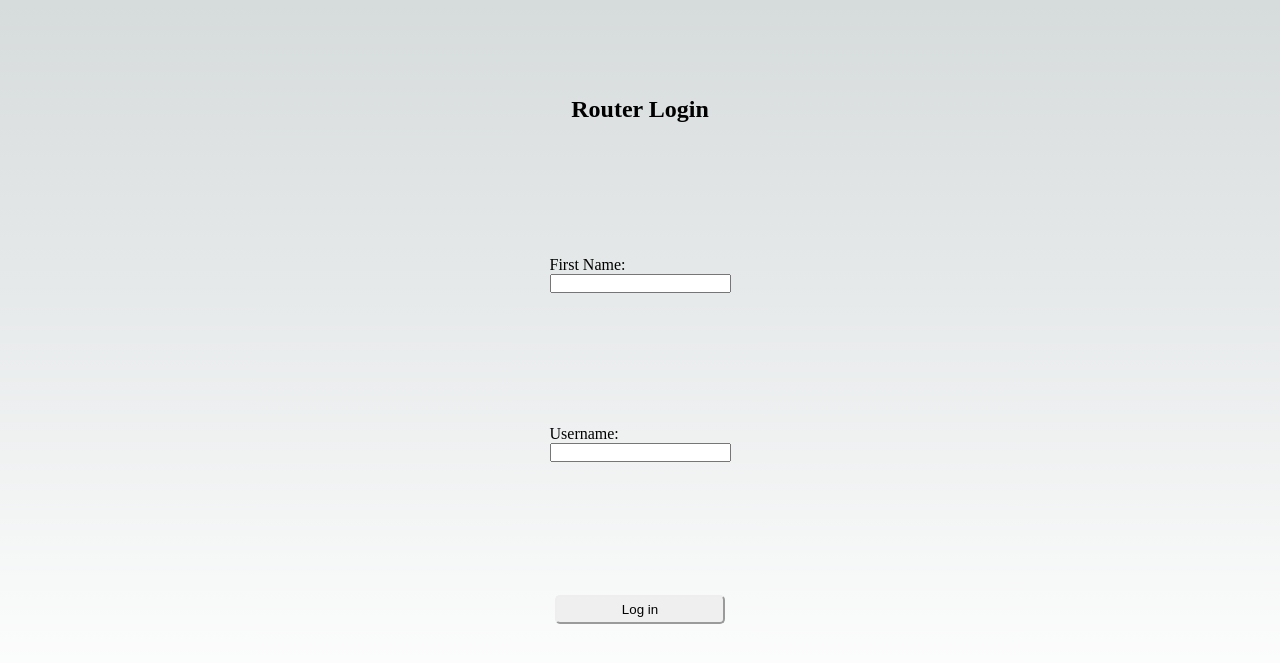
Repository: Mariessa-Pinto/week2-next.js-next-router-login
Page: /
The author's editor kept a copy of each file at every save. The page is drawn from the files as they stood at one save, then again after the next save.
The browser window is 1280 px wide. The pictures show the whole page.
The project was rebuilt for these pictures with package versions that can differ from the ones it lists, and the page was loaded fresh each time. The framework's server and built-in components were replaced by stand-ins that run in the browser. Also part of the build but not shown: next.config.js.

Above is the page before, as saved 2023-01-11 07:43:01.

### pages/index.js
import Head from 'next/head'
import Image from 'next/image'
import { Inter } from '@next/font/google'
import styles from '../styles/Home.module.css'
import { useState } from 'react'
import { useRouter } from 'next/router'

const inter = Inter({ subsets: ['latin'] })

export default function Home() {

  const router = useRouter()

  const [formData, setFormData] = useState({
    firstName: '',
    username: ''
  })

  const CheckLogin = () => {
    console.log(formData.firstName)
    console.log(formData)

    if(formData.username !== null) {
      router.push( {
        pathname: './counter',
        query: {
          username: formData.username
        }
      })
    }
  }

  return (
    <>
      <Head>
        <title>Create Next App</title>
        <meta name="description" content="Generated by create next app" />
        <meta name="viewport" content="width=device-width, initial-scale=1" />
        <link rel="icon" href="/favicon.ico" />
      </Head>
      <main className={styles.main}>

       <h2>Router Login</h2>
       <div className={styles.inputField}>
        <label>First Name:</label>
        <input
          type = "text"
          id = "first"
          name = "first"
          required
          pattern ="[A-Z]{1}[a-z]{2,10}"
          title="The first letter should be capitalized"
          onChange={(e => setFormData({...formData, firstName: e.target.value}))}
        />
       </div>

      <div className={styles.inputField}>
        <label>Username:</label>
        <input
          type = "text"
          id = "username"
          name = "username"
          required
          title="Type your username"
          minLength="5"
          maxLength="10"
          onChange={(e => setFormData({...formData, username: e.target.value}))}
        />
       </div>
       <button className={styles.button} type="submit" onClick={() => CheckLogin()}>Log in</button>
      </main>
    </>
  )
}

### styles/globals.css
:root {
  --max-width: 1100px;
  --border-radius: 12px;
  --font-mono: ui-monospace, Menlo, Monaco, 'Cascadia Mono', 'Segoe UI Mono',
    'Roboto Mono', 'Oxygen Mono', 'Ubuntu Monospace', 'Source Code Pro',
    'Fira Mono', 'Droid Sans Mono', 'Courier New', monospace;

  --foreground-rgb: 0, 0, 0;
  --background-start-rgb: 214, 219, 220;
  --background-end-rgb: 255, 255, 255;

  --primary-glow: conic-gradient(
    from 180deg at 50% 50%,
    #16abff33 0deg,
    #0885ff33 55deg,
    #54d6ff33 120deg,
    #0071ff33 160deg,
    transparent 360deg
  );
  --secondary-glow: radial-gradient(
    rgba(255, 255, 255, 1),
    rgba(255, 255, 255, 0)
  );

  --tile-start-rgb: 239, 245, 249;
  --tile-end-rgb: 228, 232, 233;
  --tile-border: conic-gradient(
    #00000080,
    #00000040,
    #00000030,
    #00000020,
    #00000010,
    #00000010,
    #00000080
  );

  --callout-rgb: 238, 240, 241;
  --callout-border-rgb: 172, 175, 176;
  --card-rgb: 180, 185, 188;
  --card-border-rgb: 131, 134, 135;
}

@media (prefers-color-scheme: dark) {
  :root {
    --foreground-rgb: 255, 255, 255;
    --background-start-rgb: 0, 0, 0;
    --background-end-rgb: 0, 0, 0;

    --primary-glow: radial-gradient(rgba(1, 65, 255, 0.4), rgba(1, 65, 255, 0));
    --secondary-glow: linear-gradient(
      to bottom right,
      rgba(1, 65, 255, 0),
      rgba(1, 65, 255, 0),
      rgba(1, 65, 255, 0.3)
    );

    --tile-start-rgb: 2, 13, 46;
    --tile-end-rgb: 2, 5, 19;
    --tile-border: conic-gradient(
      #ffffff80,
      #ffffff40,
      #ffffff30,
      #ffffff20,
      #ffffff10,
      #ffffff10,
      #ffffff80
    );

    --callout-rgb: 20, 20, 20;
    --callout-border-rgb: 108, 108, 108;
    --card-rgb: 100, 100, 100;
    --card-border-rgb: 200, 200, 200;

    --dark-red: darkred;
  }
}

* {
  box-sizing: border-box;
  padding: 0;
  margin: 0;
}

html,
body {
  max-width: 100vw;
  overflow-x: hidden;
}

body {
  color: rgb(var(--foreground-rgb));
  background: linear-gradient(
      to bottom,
      transparent,
      rgb(var(--background-end-rgb))
    )
    rgb(var(--background-start-rgb));
}

a {
  color: inherit;
  text-decoration: none;
}

@media (prefers-color-scheme: dark) {
  html {
    color-scheme: dark;
  }
}

### styles/Home.module.css
.main {
  display: flex;
  flex-direction: column;
  justify-content: space-between;
  align-items: center;
  padding: 6rem;
  min-height: 100vh;
}

.button {
  border-color: rgb(var(--dark-red));
  padding: 5px 65px;
  border-radius: 5px;
}

.inputField {
  display: flex;
  flex-direction: column;
}

.description {
  display: inherit;
  justify-content: inherit;
  align-items: inherit;
  font-size: 0.85rem;
  max-width: var(--max-width);
  width: 100%;
  z-index: 2;
  font-family: var(--font-mono);
}

.description a {
  display: flex;
  justify-content: center;
  align-items: center;
  gap: 0.5rem;
}

.description p {
  position: relative;
  margin: 0;
  padding: 1rem;
  background-color: rgba(var(--callout-rgb), 0.5);
  border: 1px solid rgba(var(--callout-border-rgb), 0.3);
  border-radius: var(--border-radius);
}

.code {
  font-weight: 700;
  font-family: var(--font-mono);
}

.grid {
  display: grid;
  grid-template-columns: repeat(4, minmax(25%, auto));
  width: var(--max-width);
  max-width: 100%;
}

.card {
  padding: 1rem 1.2rem;
  border-radius: var(--border-radius);
  background: rgba(var(--card-rgb), 0);
  border: 1px solid rgba(var(--card-border-rgb), 0);
  transition: background 200ms, border 200ms;
}

.card span {
  display: inline-block;
  transition: transform 200ms;
}

.card h2 {
  font-weight: 600;
  margin-bottom: 0.7rem;
}

.card p {
  margin: 0;
  opacity: 0.6;
  font-size: 0.9rem;
  line-height: 1.5;
  max-width: 30ch;
}

.center {
  display: flex;
  justify-content: center;
  align-items: center;
  position: relative;
  padding: 4rem 0;
}

.center::before {
  background: var(--secondary-glow);
  border-radius: 50%;
  width: 480px;
  height: 360px;
  margin-left: -400px;
}

.center::after {
  background: var(--primary-glow);
  width: 240px;
  height: 180px;
  z-index: -1;
}

.center::before,
.center::after {
  content: '';
  left: 50%;
  position: absolute;
  filter: blur(45px);
  transform: translateZ(0);
}

.logo,
.thirteen {
  position: relative;
}

.thirteen {
  display: flex;
  justify-content: center;
  align-items: center;
  width: 75px;
  height: 75px;
  padding: 25px 10px;
  margin-left: 16px;
  transform: translateZ(0);
  border-radius: var(--border-radius);
  overflow: hidden;
  box-shadow: 0px 2px 8px -1px #0000001a;
}

.thirteen::before,
.thirteen::after {
  content: '';
  position: absolute;
  z-index: -1;
}

/* Conic Gradient Animation */
.thirteen::before {
  animation: 6s rotate linear infinite;
  width: 200%;
  height: 200%;
  background: var(--tile-border);
}

/* Inner Square */
.thirteen::after {
  inset: 0;
  padding: 1px;
  border-radius: var(--border-radius);
  background: linear-gradient(
    to bottom right,
    rgba(var(--tile-start-rgb), 1),
    rgba(var(--tile-end-rgb), 1)
  );
  background-clip: content-box;
}

/* Enable hover only on non-touch devices */
@media (hover: hover) and (pointer: fine) {
  .card:hover {
    background: rgba(var(--card-rgb), 0.1);
    border: 1px solid rgba(var(--card-border-rgb), 0.15);
  }

  .card:hover span {
    transform: translateX(4px);
  }
}

@media (prefers-reduced-motion) {
  .thirteen::before {
    animation: none;
  }

  .card:hover span {
    transform: none;
  }
}

/* Mobile */
@media (max-width: 700px) {
  .content {
    padding: 4rem;
  }

  .grid {
    grid-template-columns: 1fr;
    margin-bottom: 120px;
    max-width: 320px;
    text-align: center;
  }

  .card {
    padding: 1rem 2.5rem;
  }

  .card h2 {
    margin-bottom: 0.5rem;
  }

  .center {
    padding: 8rem 0 6rem;
  }

  .center::before {
    transform: none;
    height: 300px;
  }

  .description {
    font-size: 0.8rem;
  }

  .description a {
    padding: 1rem;
  }

  .description p,
  .description div {
    display: flex;
    justify-content: center;
    position: fixed;
    width: 100%;
  }

  .description p {
    align-items: center;
    inset: 0 0 auto;
    padding: 2rem 1rem 1.4rem;
    border-radius: 0;
    border: none;
    border-bottom: 1px solid rgba(var(--callout-border-rgb), 0.25);
    background: linear-gradient(
      to bottom,
      rgba(var(--background-start-rgb), 1),
      rgba(var(--callout-rgb), 0.5)
    );
    background-clip: padding-box;
    backdrop-filter: blur(24px);
  }

  .description div {
    align-items: flex-end;
    pointer-events: none;
    inset: auto 0 0;
    padding: 2rem;
    height: 200px;
    background: linear-gradient(
      to bottom,
      transparent 0%,
      rgb(var(--background-end-rgb)) 40%
    );
    z-index: 1;
  }
}

/* Tablet and Smaller Desktop */
@media (min-width: 701px) and (max-width: 1120px) {
  .grid {
    grid-template-columns: repeat(2, 50%);
  }
}

@media (prefers-color-scheme: dark) {
  .vercelLogo {
    filter: invert(1);
  }

  .logo,
  .thirteen img {
    filter: invert(1) drop-shadow(0 0 0.3rem #ffffff70);
  }
}

@keyframes rotate {
  from {
    transform: rotate(360deg);
  }
  to {
    transform: rotate(0deg);
  }
}

Loaded but not shown: pages/_app.js (common file); pages/_document.js (common file)

After the next save:
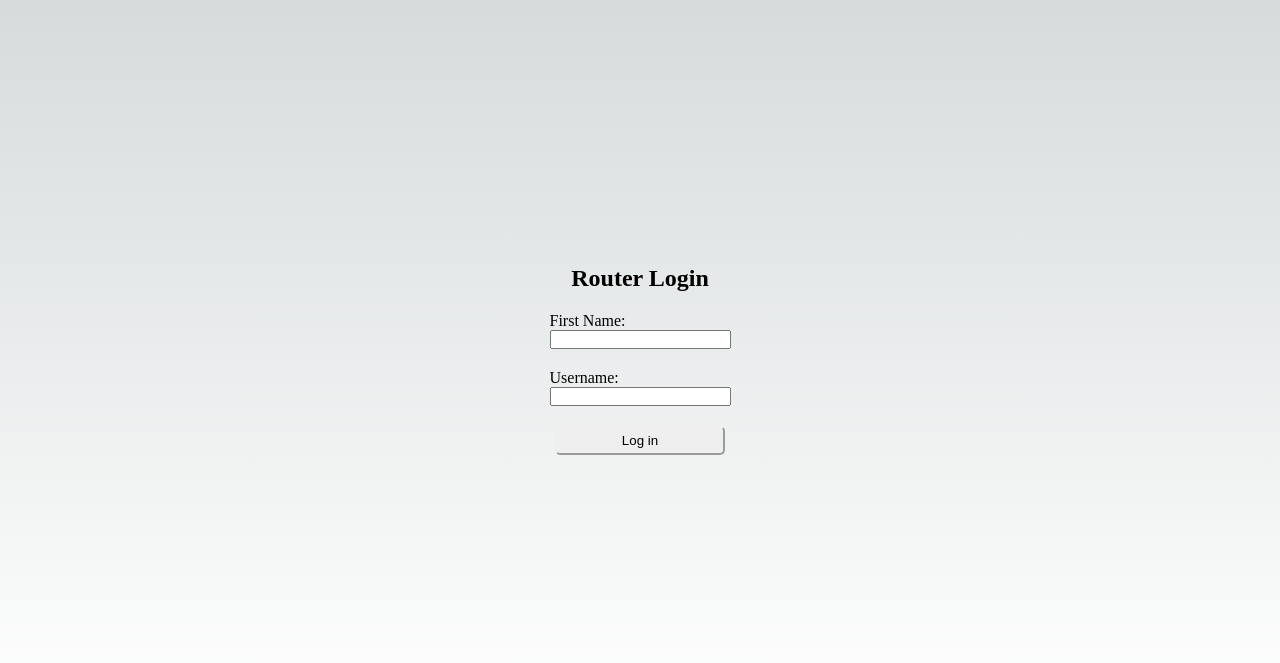
Saved 34 s later.
--- a/styles/Home.module.css
+++ b/styles/Home.module.css
@@ -1,10 +1,11 @@
 .main {
   display: flex;
   flex-direction: column;
-  justify-content: space-between;
+  justify-content: center;
   align-items: center;
   padding: 6rem;
   min-height: 100vh;
+  gap: 20px;
 }
 
 .button {
